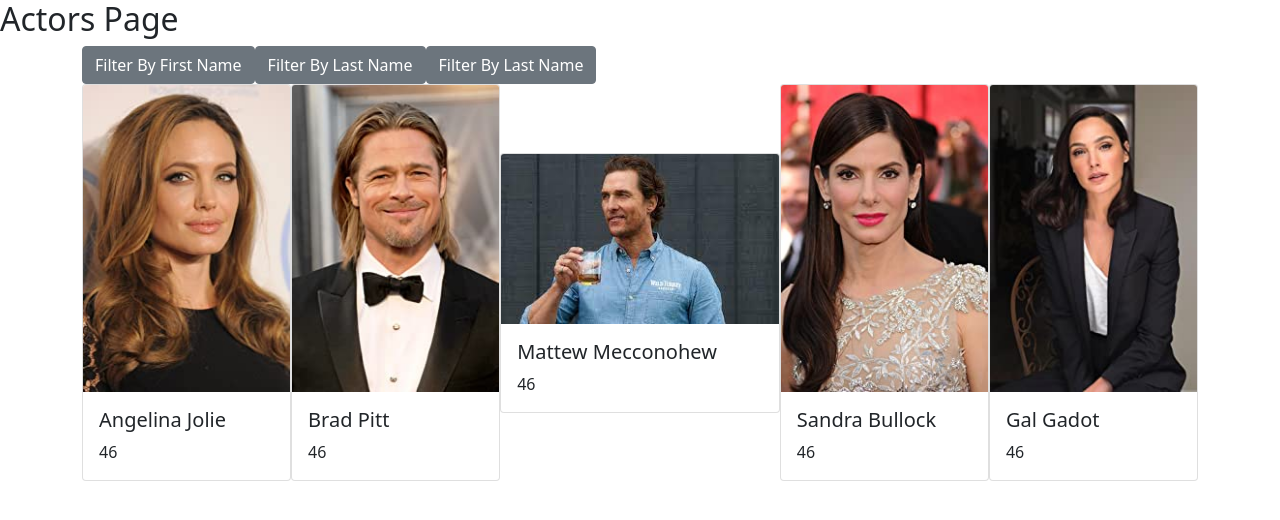
Repository: shuroo/FECourse-react-movieapp
Page: /
These files come from the project's save history. The page is drawn as it stood at one moment and after the next save; the edit follows.
The browser window is 1280 px wide. The pictures show the whole page.
The project was rebuilt for these pictures with package versions that can differ from the ones it lists, and the page was loaded fresh each time. Also part of the build but not shown: src/App.css.

Above is the page before, as saved 2021-07-25 15:15:09.

After the next save:
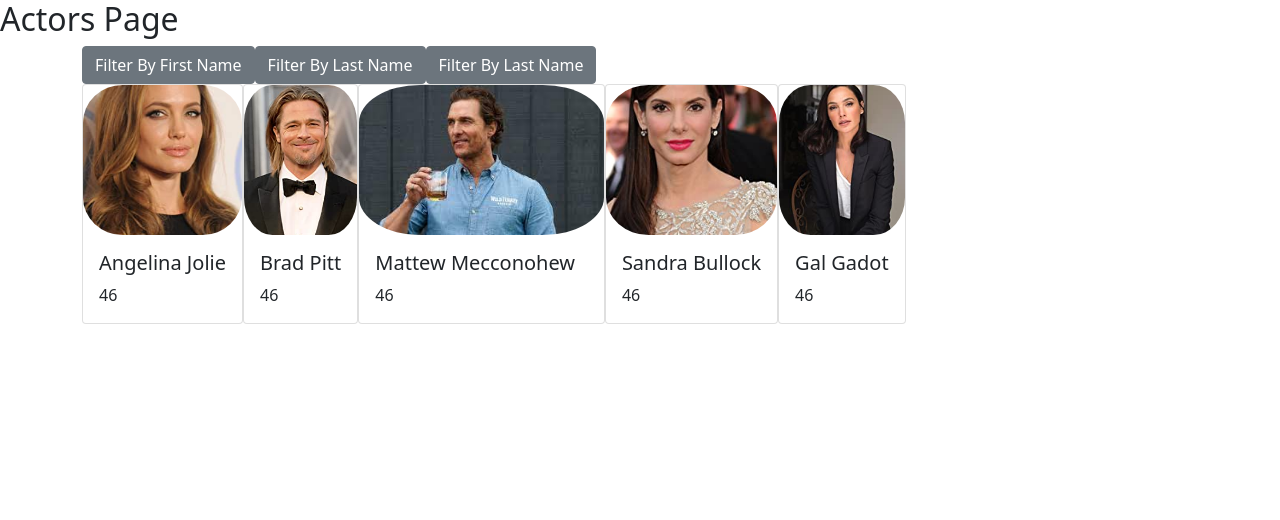
Saved 28 s later.
--- a/src/components/CardComponent.jsx
+++ b/src/components/CardComponent.jsx
@@ -7,7 +7,7 @@ function CardComponent({actor}) {
 	return (
 
 <Card variant="actorImg">
-<Card.Img variant="top" src={actor.image} alt={actor.firstName+" "+actor.lastName} />
+<Card.Img variant="top actorImg" src={actor.image} alt={actor.firstName+" "+actor.lastName} />
 <Card.Body>
   <Card.Title>{actor.firstName} {actor.lastName}</Card.Title>
   <Card.Text>
